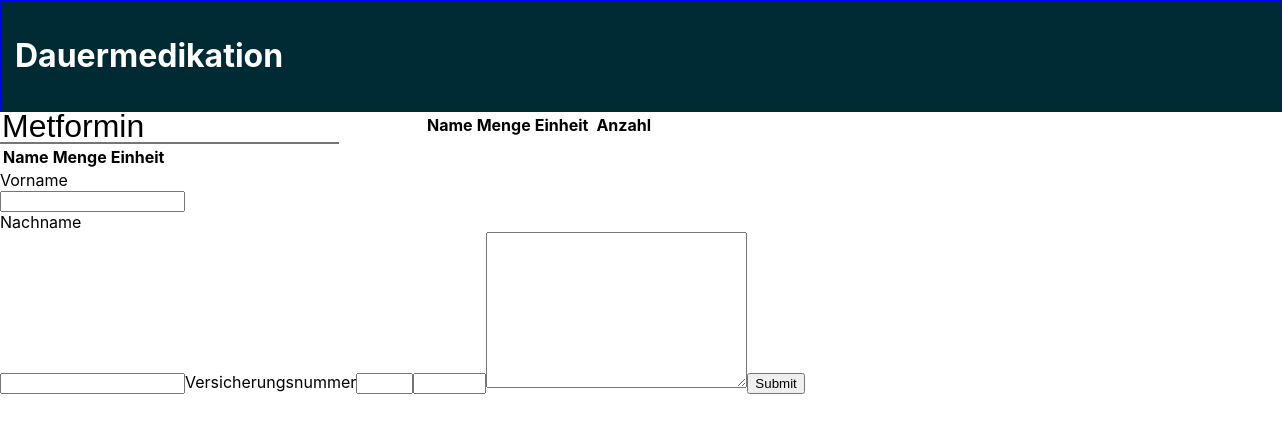
Repository: Esatollah/MedDemo
Page: / (app in client/)
An editor plug-in stored every save of this project. The page is shown before and after the next save, followed by the edit.
The browser window is 1280 px wide. The page is 1282 px wide, so the pictures cover 1282 px, including what lies to the right of the window. The pictures show the whole page.
The page's requests for data from a server got no answer. The project was rebuilt for these pictures with package versions that can differ from the ones it lists, and the page was loaded fresh each time. No one was signed in, and anything a server would have sent is missing. Also part of the build but not shown: client/src/App.css, client/src/Routes/Bestellungen.jsx.

Above is the page before, as saved 2022-06-10 08:47:25.

### client/src/App.js
import './App.css';
import SearchBar from './Routes/Search';
import {BrowserRouter, Routes, Route} from 'react-router-dom'
import Bestellungen from './Routes/Bestellungen';
import ReactModal from 'react-modal';

ReactModal.setAppElement('#root')

function App() {
  return (
    <BrowserRouter>
    <Routes>
      <Route path='/' element={<div><SearchBar/></div>}/>
      <Route path='/bestellungen' element={<div><Bestellungen/></div>}/>
    </Routes>
    </BrowserRouter>
  );
}

export default App;

### client/src/Routes/Search.jsx
import React, { useState, useEffect } from 'react'
import DrugAPI from '../api/DrugAPI';
import Form from '../components/Form';
import Navbar from '../components/Navbar';
import { SearchWrap } from '../Styles/SearchStyles';


const Search = () => {

  const [searchinput, setSearchinput] = useState("Metformin");
  const [drugs, setDrugs] = useState([]);
  const [cartitems, setCartitems] = useState([]);

  useEffect(() => {
    const fetchData = async () => {
      try {
        const result = await DrugAPI.get(`/?drugsearch=${searchinput}`)
        setDrugs(result.data.meds)
      } catch (err) {
        console.error(err);
      }
    }

    fetchData();

  }, [searchinput])

  const handleDrugClick = (e, x) => {
    const is_in_cart = cartitems.some(y => {
      if (y.id === x.id) {
        return true;
      }

      return false;
    })

    if (is_in_cart) {
      return
    }
    let temp = { ...x, anzahl: "1" }
    setCartitems([...cartitems, temp]);
  }

  const handleDelete = (e, x, index) => {
    let temp = [...cartitems]

    temp.splice(index, 1);

    setCartitems(temp);
  }

  const handleCountchange = (e, x, index) => {
    let temps = [...cartitems]
    let temp = {
      ...temps[index],
      anzahl: e.target.value
    }
    temps[index] = temp
    setCartitems(temps);

  }


  return (
    <>
      <Navbar />
      <div className='order-container'>
          <SearchWrap>
        <div className='search-container'>
          <input type="search" placeholder="Suche" id="search" value={searchinput} onChange={e => setSearchinput(e.target.value)} />
          <div className='table-container'>
            <table className='drugtable'>
              <thead>
                <tr>
                  <th scope='col'>
                    Name
                  </th>
                  <th scope='col'>Menge</th>
                  <th scope='col'>Einheit</th>
                  <th scope='col'></th>
                </tr>
              </thead>
              <tbody>
                {drugs && drugs.map((x) => {
                  return (
                    <tr key={x.id} className="drug-row" >
                      <td className={x.name}>{x.name}</td>
                      <td>{x.menge}</td>
                      <td>{x.mengenart}</td>
                      <td><button onClick={(e) => { handleDrugClick(e, x) }}>+</ button></td>
                    </tr>
                  )
                })}
              </tbody>

            </table>
          </div>
        </div>

        <div className='cart-container'>
          <table>
            <thead>
              <tr>
                <th scope='col'>
                  Name
                </th>
                <th scope='col'>Menge</th>
                <th scope='col'>Einheit</th>
                <th scope='col'></th>
                <th scope='col'>Anzahl</th>
              </tr>
            </thead>
            <tbody>
              {cartitems && cartitems.map((x, index) => {
                if (x.abgabezahl) {
                  return (
                    <tr key={index} className="drug-row" >
                      <td>{x.name}</td>
                      <td>{x.menge}</td>
                      <td>{x.mengenart}</td>
                      <td><button onClick={(e) => handleDelete(e, x, index)}>-</button></td>
                      <td><select onChange={(e) => { handleCountchange(e, x, index) }}><option value="1">1</option><option value="2">2</option></select></td>
                    </tr>
                  )
                }
                return (
                  <tr key={index} className="drug-row" >
                    <td>{x.name}</td>
                    <td>{x.menge}</td>
                    <td>{x.mengenart}</td>
                    <td><button onClick={(e) => handleDelete(e, x, index)}>-</button></td>
                    <td>1</td>
                  </tr>
                )
              })}
            </tbody>
          </ table>
        </div>
</SearchWrap>
      </div>

      <Form cartitems={cartitems} setCartitems={setCartitems} />
    </>
  )
}

export default Search

### client/src/api/DrugAPI.js
import axios from 'axios'

export default axios.create({
    baseURL: "http://localhost:5000/api"
})

### client/src/components/Form.jsx
import React, {useState}from 'react'
import DrugAPI from '../api/DrugAPI'

const Form = props => {

    const [fname, setFname] = useState('');
    const [lname, setLname] = useState('');
    const [vpin, setVpin] = useState('');
    const [vbday, setVbday] = useState('');
    const [anmerkungen, setAnmerkungen] = useState('');

    const handleSubmit = (e) => {

        e.preventDefault();
        const formdata = {
            fname,
            lname,
            vpin,
            vbday,
            anmerkungen
        }

        const fetchData = async () =>{
            try {
            await DrugAPI.post("/", {drugs:{...props.cartitems}, ...formdata})
            } catch (error) {
                console.error(error);
            }
    }

    fetchData();

    setFname('');setLname('');setVpin('');setVbday('');setAnmerkungen('');
    props.setCartitems([]);

}


  return (
    <div>
        <form onSubmit={(e) =>handleSubmit(e)}>
            <label htmlFor="fname">Vorname</label><br/>
            <input type="text" value={fname} id="fname" name="fname" onChange={(e)=> setFname(e.target.value)}required/><br/>
            <label htmlFor="lname">Nachname</label><br />
            <input type="text" id="lname" value={lname} onChange={(e) => setLname(e.target.value)}name="lname" required />
            <label htmlFor="pin">Versicherungsnummer</label>
            <input type="text" id="pin" value={vpin} onChange={(e) => setVpin(e.target.value)} name="pin" size="4" minLength="4"maxLength="4" required/>
            <input type="text" id="bday" value={vbday} onChange={(e) => setVbday(e.target.value)} name="bday" size="6" minLength={6} maxLength={6} required/>
            <textarea value={anmerkungen} onChange={(e) => setAnmerkungen(e.target.value)} name="message" rows="10" cols="30" className='textarea'>
            </textarea>
            <input type="submit" value="Submit" ></input><br />
        </form>
    </div>

  )
}

export default Form

### client/src/components/Navbar.jsx
import React from 'react'
import { NavWrap } from '../Styles/NavbarStyles'
const Navbar = () => {
  return (
    <NavWrap>
        <h1>Dauermedikation</h1>
    </NavWrap>
  )
}

export default Navbar

### client/src/Styles/SearchStyles.js
import styled from 'styled-components';

export const SearchWrap = styled.div`
display: flex;
    #search {
    width:80%;
    height: 2rem;
    outline:none;
    border-top: hidden;
    border-right: hidden;
    border-left: hidden;
    font-size: 2rem;
}

.table-container {
    max-height: 200px;
    max-width: 80%;
    min-width:80%;
    overflow-y: auto;
}


.order-container {
    justify-content: center;
    display: flex;
    flex-direction: row;
}

.search-container {
    max-width:40%;
}

.drug-row:hover {
    background-color: beige;
}

`;

### client/src/Styles/NavbarStyles.js
import styled from "styled-components"

export const NavWrap = styled.div`
    width:100%;
    border: 1px solid blue;
    padding: 14px 0;
    background-color: #002b34;

    h1 {
        margin-left: 14px;
        color: #fff
    }
`;

Loaded but not shown: client/public/index.html (common file); client/src/index.js (common file); client/src/index.css (common file)

After the next save:
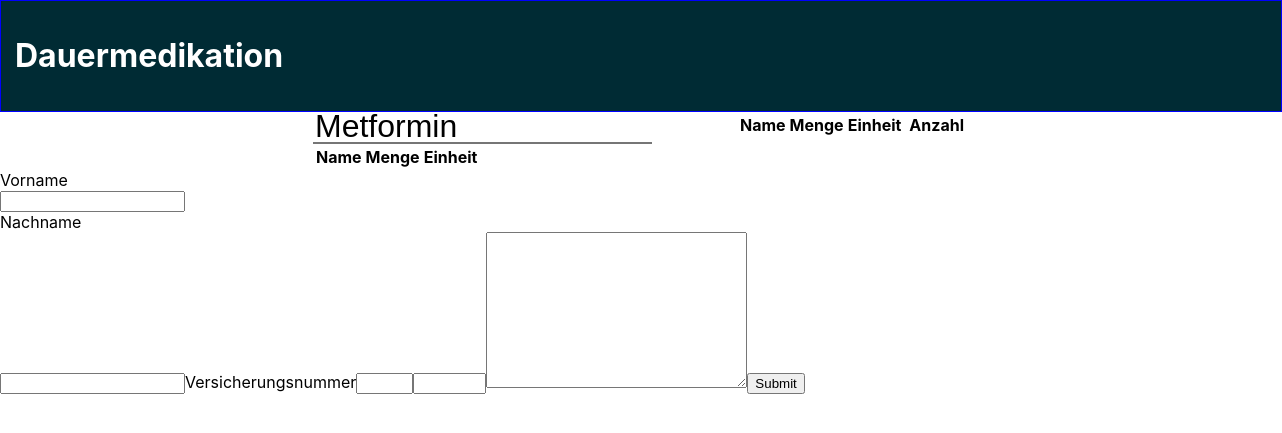
Saved 36 s later.
--- a/client/src/Styles/SearchStyles.js
+++ b/client/src/Styles/SearchStyles.js
@@ -1,7 +1,6 @@
 import styled from 'styled-components';
 
 export const SearchWrap = styled.div`
-display: flex;
     #search {
     width:80%;
     height: 2rem;
@@ -20,11 +19,9 @@ display: flex;
 }
 
 
-.order-container {
     justify-content: center;
     display: flex;
     flex-direction: row;
-}
 
 .search-container {
     max-width:40%;
